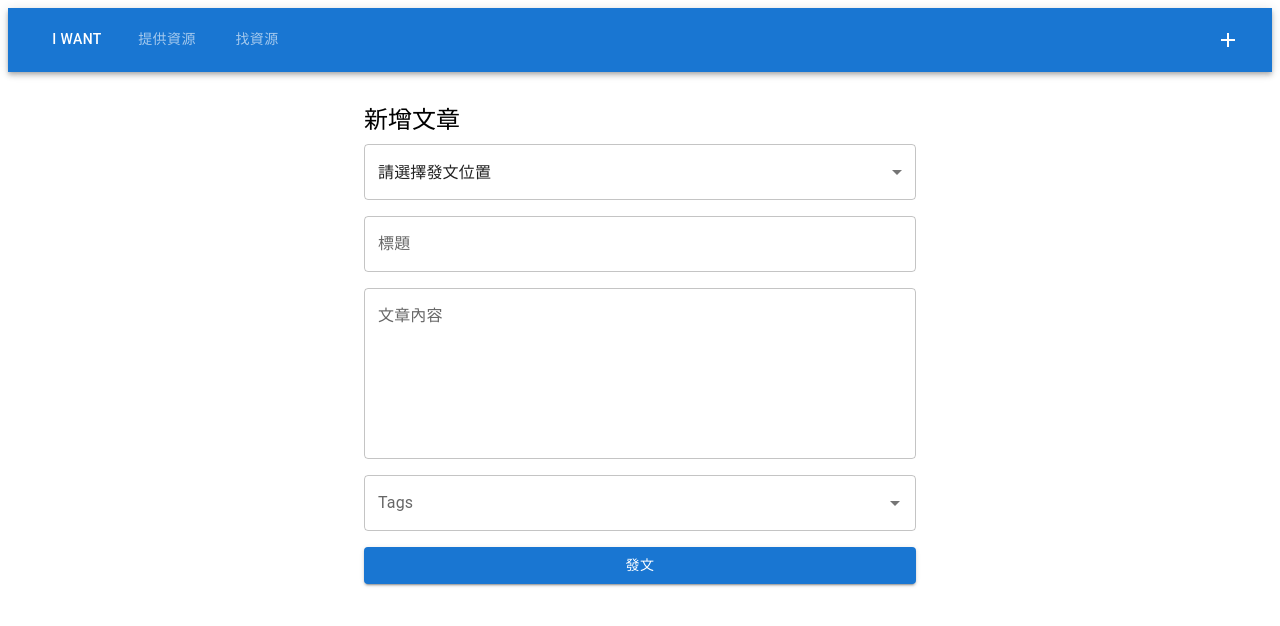
Repository: Angelaliii/SA
Page: /publish (app in next/)
An editor plug-in stored every save of this project. The page is shown before and after a run of saves, followed by the edit.
The browser window is 1280 px wide. The pictures show the whole page.
The project was rebuilt for these pictures with package versions that can differ from the ones it lists, and the page was loaded fresh each time. The framework's server and built-in components were replaced by stand-ins that run in the browser.

Above is the page before, as saved 2025-03-24 15:56:26.

After the next 3 saves:
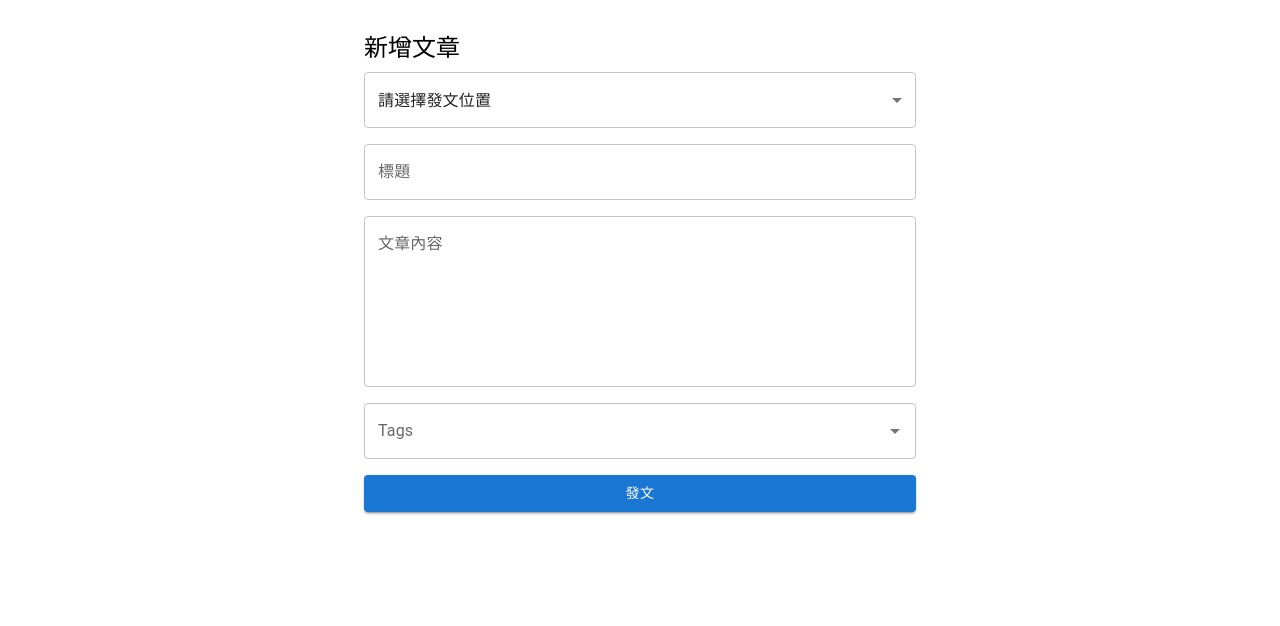
The 3 saves are shown as one change because they came seconds apart.
The last was saved 114 s later.
--- a/next/app/publish/page.tsx
+++ b/next/app/publish/page.tsx
@@ -18,20 +18,7 @@ export default function PublishPage() {
 
   return (
     <Box>
-      {/* 頂部 AppBar */}
-      <AppBar position="static">
-        <Toolbar>
-          <Tabs value={tabIndex} onChange={(_, newValue) => setTabIndex(newValue)} textColor="inherit">
-            {options.map((label, idx) => (
-              <Tab key={idx} label={label} />
-            ))}
-          </Tabs>
-          <Box sx={{ flexGrow: 1 }} />
-          <IconButton color="inherit">
-            <AddIcon />
-          </IconButton>
-        </Toolbar>
-      </AppBar>
+
 
       {/* 表單區 */}
       <Container maxWidth="sm" sx={{ mt: 4 }}>
